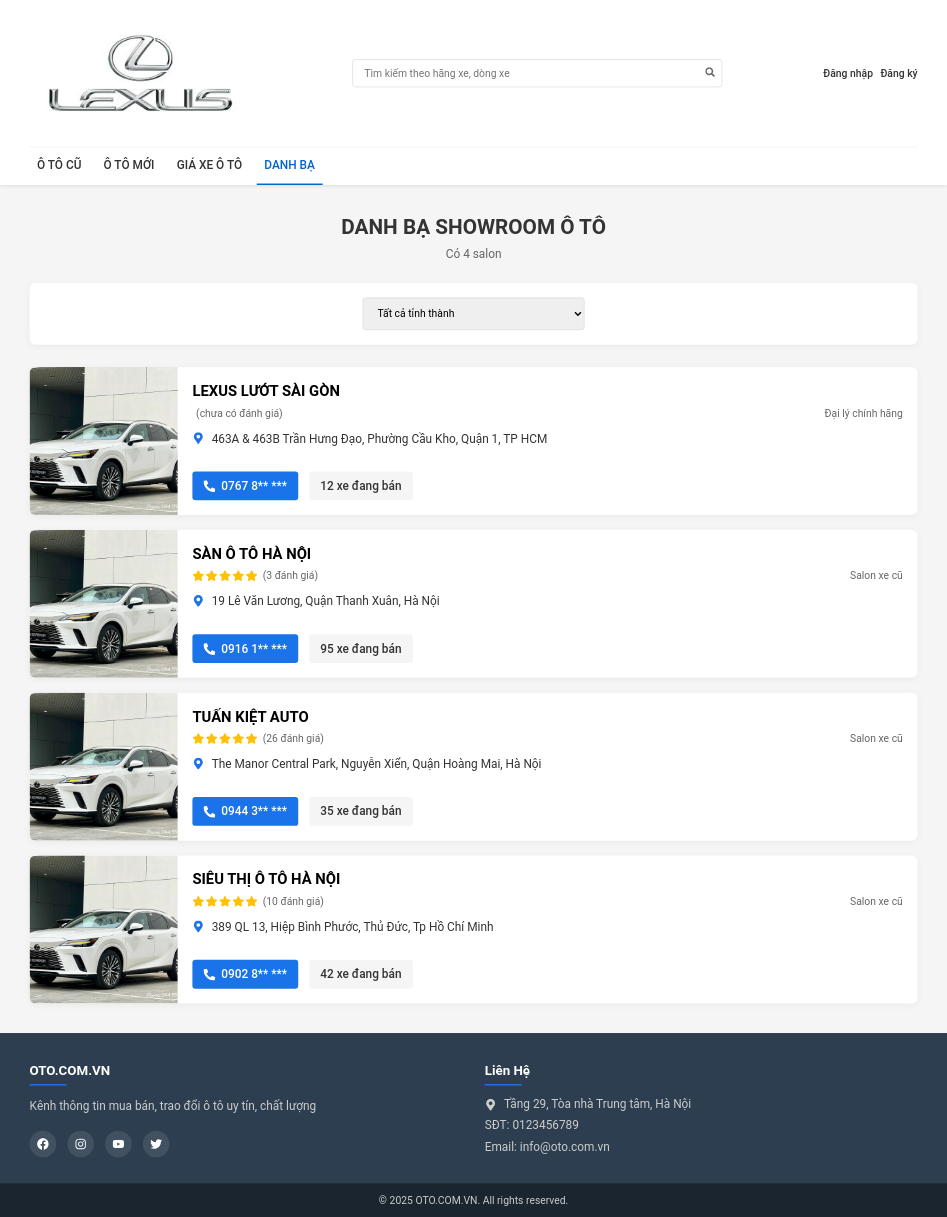
Repository: congglc/web_ban_oto
Page: /dealerships (app in web_cua_dat/)
An editor plug-in stored every save of this project. The page is shown before and after the next save, followed by the edit.
The browser window is 1280 px wide. The pictures show the whole page, at 74% of full size.
The project was rebuilt for these pictures with package versions that can differ from the ones it lists, and the page was loaded fresh each time. Also part of the build but not shown: web_cua_dat/src/pages/user/homepages/style.scss, web_cua_dat/src/pages/user/homepages/index.js, web_cua_dat/src/pages/user/cars/style.scss, web_cua_dat/src/pages/user/cars/index.js, web_cua_dat/src/pages/user/car-detail/style.scss, web_cua_dat/src/pages/user/car-detail/index.js, web_cua_dat/src/pages/user/price-list/style.scss, web_cua_dat/src/pages/user/price-list/index.js and 16 more.

Above is the page before, as saved 2025-04-24 00:57:54.

### web_cua_dat/public/index.html
<!DOCTYPE html>
<html lang="en">
  <head>
    <meta charset="utf-8" />
    <link rel="icon" href="%PUBLIC_URL%/favicon.ico" />
    <meta name="viewport" content="width=device-width, initial-scale=1" />
    <meta name="theme-color" content="#000000" />
    <meta
      name="description"
      content="Web site created using create-react-app"
    />
    <link rel="apple-touch-icon" href="%PUBLIC_URL%/logo192.png" />
    <!--
      manifest.json provides metadata used when your web app is installed on a
      user's mobile device or desktop. See https://developers.google.com/web/fundamentals/web-app-manifest/
    -->
    <link rel="manifest" href="%PUBLIC_URL%/manifest.json" />
    <!--
      Notice the use of %PUBLIC_URL% in the tags above.
      It will be replaced with the URL of the `public` folder during the build.
      Only files inside the `public` folder can be referenced from the HTML.

      Unlike "/favicon.ico" or "favicon.ico", "%PUBLIC_URL%/favicon.ico" will
      work correctly both with client-side routing and a non-root public URL.
      Learn how to configure a non-root public URL by running `npm run build`.
    -->
    <title>Sân bóng LC</title>
  </head>
  <body>
    <noscript>You need to enable JavaScript to run this app.</noscript>
    <div id="root"></div>
    <!--
      This HTML file is a template.
      If you open it directly in the browser, you will see an empty page.

      You can add webfonts, meta tags, or analytics to this file.
      The build step will place the bundled scripts into the <body> tag.

      To begin the development, run `npm start` or `yarn start`.
      To create a production bundle, use `npm run build` or `yarn build`.
    -->
  </body>
</html>

### web_cua_dat/src/index.js
import ReactDOM from "react-dom/client"
import { BrowserRouter } from "react-router-dom"
import RouterCustom from "./router"
import "./style/style.scss"

const root = ReactDOM.createRoot(document.getElementById("root"))
root.render(
  <BrowserRouter>
    <RouterCustom />
  </BrowserRouter>,
)

### web_cua_dat/src/style/style.scss
@import "./pages/all";
@import "./pages/responsive";

### web_cua_dat/src/utils/router.js
export const ADMIN_PATH = "/admin"

export const ROUTERS = {
  USER: {
    HOME: "/",
    CARS: "/cars",
    CAR_DETAIL: "/car",
    PRICE_LIST: "/price-list",
    DEALERSHIPS: "/dealerships",
    SIGNIN: "/signin",
    SIGNUP: "/signup",
    PROFILE: "/profile",
    MY_CARS: "/my-cars",
    SELL_CAR: "/sell-car",
    FAVORITES: "/favorites",
  },
  ADMIN: {
    LOGIN: `${ADMIN_PATH}/login`,
    DASHBOARD: `${ADMIN_PATH}/dashboard`,
    CARS: `${ADMIN_PATH}/cars`,
    USERS: `${ADMIN_PATH}/users`,
    DEALERSHIPS: `${ADMIN_PATH}/dealerships`,
  },
}

### web_cua_dat/src/style/pages/_all.scss
@use "sass:map";
@import "./theme";
@import "./responsive";


html,
body {
    margin: 0;
}

*{
    font-family: Roboto;
    padding: 0;
    margin: 0;
    box-sizing: bor;
}

.container {
    max-width: 100%;
    width: 100%;
    padding-left: 15px;
    padding-right: 15px;
}

.row {
    display: flex;
    flex-wrap: wrap;
    align-items: center;
}

.col-6 {
    flex: 0 0 50%;
    max-width: 50%;
}

.col-lg-6 {
    flex: 0 0 50%;
    max-width: 50%;
}

### web_cua_dat/src/style/pages/_theme.scss
//comon theme style
$theme-colors : (
    "main": #FFFFFF,
    "bold-text": #252525,
    "text-hold": red,
    "$secondary-color" : #3498db
);

### web_cua_dat/src/style/pages/_responsive.scss
$DESKTOP: "DESKTOP";
$MEDIUM_DEVICE: "MEDIUM_DEVICE";
$TABLET_DEVICE: "TABLET_DEVICE";
$WIDE_MOBILE: "WIDE_MOBILE";
$SMALL_DEVICE: "SMALL_DEVICE";

@mixin Responsive($canva) {
    @if $canva == $DESKTOP {
        @media only screen and (min-width:1200px) {
            @content;
        }
    } @else if $canva == $MEDIUM_DEVICE {
        @media only screen and (min-width:992px) and (max-width:1199px) {
            @content;
        }
    } @else if $canva == $WIDE_MOBILE {
        @media only screen and  (max-width:767px) {
            @content;
        }
    } @else if $canva == $TABLET_DEVICE {
        @media only screen and (max-width:575px) {
            @content;
        }
    }
}

### web_cua_dat/src/pages/user/theme/masterLayout/index.js
import { memo } from "react"
import Header from "../header"
import Footer from "../footer"

const MasterLayout = ({ children }) => {
  return (
    <>
      <Header />
      <main>{children}</main>
      <Footer />
    </>
  )
}

export default memo(MasterLayout)

### web_cua_dat/src/pages/user/dealerships/style.scss
.dealerships-page {
  padding: 40px 0;
  background-color: #f5f5f5;

  .container {
    max-width: 1200px;
    margin: 0 auto;
    padding: 0 15px;
  }

  .page-header {
    margin-bottom: 30px;
    text-align: center;

    h1 {
      font-size: 28px;
      margin-bottom: 10px;
      color: #333;
    }

    p {
      color: #666;
    }
  }

  .search-section {
    background-color: white;
    border-radius: 8px;
    padding: 20px;
    box-shadow: 0 2px 10px rgba(0, 0, 0, 0.05);
    margin-bottom: 30px;

    .filter-selects {
      display: flex;
      justify-content: center;

      .filter-select {
        width: 300px;
        padding: 12px 15px;
        border: 1px solid #ddd;
        border-radius: 4px;
        font-size: 14px;

        &:focus {
          outline: none;
          border-color: #1a73e8;
        }
      }
    }
  }

  .loading-container {
    display: flex;
    flex-direction: column;
    align-items: center;
    justify-content: center;
    padding: 50px 0;
    background-color: white;
    border-radius: 8px;
    box-shadow: 0 2px 10px rgba(0, 0, 0, 0.05);

    .loading-spinner {
      width: 40px;
      height: 40px;
      border: 4px solid #f3f3f3;
      border-top: 4px solid #1a73e8;
      border-radius: 50%;
      animation: spin 1s linear infinite;
      margin-bottom: 15px;
    }

    @keyframes spin {
      0% { transform: rotate(0deg); }
      100% { transform: rotate(360deg); }
    }

    p {
      color: #666;
    }
  }

  .no-results {
    text-align: center;
    padding: 50px 0;
    background-color: white;
    border-radius: 8px;
    box-shadow: 0 2px 10px rgba(0, 0, 0, 0.05);

    p {
      color: #666;
    }
  }

  .dealerships-grid {
    display: flex;
    flex-direction: column;
    gap: 20px;

    .dealership-card {
      display: flex;
      background-color: white;
      border-radius: 8px;
      overflow: hidden;
      box-shadow: 0 2px 10px rgba(0, 0, 0, 0.05);

      .dealership-image {
        width: 200px;
        height: 200px;
        flex-shrink: 0;

        img {
          width: 100%;
          height: 100%;
          object-fit: cover;
        }
      }

      .dealership-info {
        flex: 1;
        padding: 20px;
        display: flex;
        flex-direction: column;

        .dealership-name {
          font-size: 20px;
          margin: 0 0 10px 0;
        }

        .dealership-rating {
          display: flex;
          justify-content: space-between;
          margin-bottom: 15px;

          .rating-stars {
            display: flex;
            align-items: center;

            .star {
              color: #ddd;
              margin-right: 2px;

              &.filled {
                color: #ffc107;
              }

              &.half-filled {
                color: #ffc107;
              }

              &.empty {
                color: #ddd;
              }
            }

            .reviews-count, .no-reviews {
              margin-left: 5px;
              font-size: 14px;
              color: #666;
            }
          }

          .dealership-type {
            font-size: 14px;
            color: #666;
          }
        }

        .dealership-address {
          display: flex;
          margin-bottom: 20px;

          .address-icon {
            color: #1a73e8;
            margin-right: 10px;
            margin-top: 3px;
            flex-shrink: 0;
          }

          p {
            margin: 0;
            color: #333;
            line-height: 1.5;
          }
        }

        .dealership-actions {
          display: flex;
          gap: 15px;
          margin-top: auto;

          .phone-button, .cars-button {
            display: flex;
            align-items: center;
            justify-content: center;
            padding: 10px 15px;
            border-radius: 4px;
            font-weight: 500;
            text-decoration: none;
            transition: all 0.3s;
          }

          .phone-button {
            background-color: #1a73e8;
            color: white;

            .phone-icon {
              margin-right: 8px;
            }

            &:hover {
              background-color: #0d62d1;
            }
          }

          .cars-button {
            background-color: #f5f5f5;
            color: #333;

            &:hover {
              background-color: #e0e0e0;
            }
          }
        }
      }
    }
  }

  @media (max-width: 768px) {
    .dealership-card {
      flex-direction: column !important;

      .dealership-image {
        width: 100% !important;
        height: 200px !important;
      }

      .dealership-actions {
        flex-direction: column;
      }
    }
  }
}

### web_cua_dat/src/pages/user/theme/header/index.js
"use client"

import { memo, useEffect, useRef, useState } from "react"
import { FaSearch, FaUser } from "react-icons/fa"
import { Link, useLocation, useNavigate } from "react-router-dom"
import { ROUTERS } from "utils/router"
import lg from "..//..//..//../assets/user/img/lg.jpg"
import "./style.scss"
const Header = () => {
  const location = useLocation()
  const navigate = useNavigate()
  const [menu] = useState([
    { name: "Ô TÔ CŨ", path: `${ROUTERS.USER.CARS}?type=used` },
    { name: "Ô TÔ MỚI", path: `${ROUTERS.USER.CARS}?type=new` },
    { name: "GIÁ XE Ô TÔ", path: ROUTERS.USER.PRICE_LIST },
    { name: "DANH BẠ", path: ROUTERS.USER.DEALERSHIPS },
  ])
  const [isOpen, setIsOpen] = useState(false)
  const [userInfo, setUserInfo] = useState(null)
  const [showDropdown, setShowDropdown] = useState(false)
  const [searchTerm, setSearchTerm] = useState("")
  const headerRef = useRef(null)
  const dropdownRef = useRef(null)

  // Kiểm tra trạng thái đăng nhập khi component được mount
  useEffect(() => {
    const storedUserInfo = localStorage.getItem("userInfo")
    if (storedUserInfo) {
      setUserInfo(JSON.parse(storedUserInfo))
    }
  }, [])

  const toggleMenu = () => {
    setIsOpen(!isOpen)
  }

  const toggleDropdown = () => {
    setShowDropdown(!showDropdown)
  }

  const handleLogout = () => {
    // Xóa thông tin người dùng khỏi localStorage
    localStorage.removeItem("userInfo")
    setUserInfo(null)
    setShowDropdown(false)

    // Chuyển hướng về trang chủ
    navigate(ROUTERS.USER.HOME)
  }

  const handleSearch = (e) => {
    e.preventDefault()
    if (searchTerm.trim()) {
      navigate(`${ROUTERS.USER.CARS}?search=${encodeURIComponent(searchTerm)}`)
      setSearchTerm("")
    }
  }

  // Xử lý click bên ngoài để đóng dropdown
  useEffect(() => {
    const handleClickOutside = (event) => {
      if (headerRef.current && !headerRef.current.contains(event.target) && isOpen) {
        setIsOpen(false)
      }

      if (dropdownRef.current && !dropdownRef.current.contains(event.target) && showDropdown) {
        setShowDropdown(false)
      }
    }

    document.addEventListener("mousedown", handleClickOutside)
    return () => {
      document.removeEventListener("mousedown", handleClickOutside)
    }
  }, [isOpen, showDropdown])

  return (
    <>
      <button className="menu-toggle" onClick={toggleMenu} aria-label="Mở menu">
        ☰
      </button>
      <header className={`header ${isOpen ? "open" : ""}`} ref={headerRef}>
        <div className="container">
          <div className="header-top">
            <img src={lg}/>

            <div className="header-search">
              <form onSubmit={handleSearch}>
                <input
                  type="text"
                  placeholder="Tìm kiếm theo hãng xe, dòng xe"
                  value={searchTerm}
                  onChange={(e) => setSearchTerm(e.target.value)}
                />
                <button type="submit">
                  <FaSearch />
                </button>
              </form>
            </div>

            <div className="header-actions">
              {userInfo ? (
                <div className="user-profile" ref={dropdownRef}>
                  <div className="avatar" onClick={toggleDropdown}>
                    <FaUser className="avatar-icon" />
                  </div>
                  {showDropdown && (
                    <div className="dropdown-menu">
                      <button className="dropdown-item logout-button" onClick={handleLogout}>
                        Đăng xuất
                      </button>
                    </div>
                  )}
                </div>
              ) : (
                <div className="auth-links">
                  <Link to={ROUTERS.USER.SIGNIN} className="signin-link">
                    Đăng nhập
                  </Link>
                  <Link to={ROUTERS.USER.SIGNUP} className="signup-link">
                    Đăng ký
                  </Link>
                </div>
              )}
            </div>
          </div>

          <nav className="header-nav">
            <ul>
              {menu?.map((menuItem, menuKey) => {
                return (
                  <li key={menuKey} className={location.pathname === menuItem.path ? "active" : ""}>
                    <Link to={menuItem?.path}>{menuItem?.name}</Link>
                  </li>
                )
              })}
            </ul>
          </nav>
        </div>
      </header>
    </>
  )
}
export default memo(Header)

### web_cua_dat/src/pages/user/theme/footer/index.js
import { memo } from "react"
import "./style.scss"
import { FaFacebook, FaInstagram, FaYoutube, FaTwitter, FaMapMarkerAlt } from "react-icons/fa"

const Footer = () => {
  return (
    <footer className="footer">
      <div className="container">
        <div className="footer-content">
          <div className="footer-column">
            <h3 className="footer-title">OTO.COM.VN</h3>
            <p className="footer-description">Kênh thông tin mua bán, trao đổi ô tô uy tín, chất lượng</p>
            <div className="footer-social">
              <a href="#" aria-label="Facebook">
                <FaFacebook />
              </a>
              <a href="#" aria-label="Instagram">
                <FaInstagram />
              </a>
              <a href="#" aria-label="YouTube">
                <FaYoutube />
              </a>
              <a href="#" aria-label="Twitter">
                <FaTwitter />
              </a>
            </div>
          </div>

          <div className="footer-column">
            <h3 className="footer-title">Liên Hệ</h3>
            <ul className="footer-info">
              <li>
                <FaMapMarkerAlt className="icon" />
                <span>Tầng 29, Tòa nhà Trung tâm, Hà Nội</span>
              </li>
              <li>SĐT: 0123456789</li>
              <li>Email: info@oto.com.vn</li>
            </ul>
          </div>
        </div>
      </div>
      <div className="footer-bottom">
        <div className="container">
          <p>© {new Date().getFullYear()} OTO.COM.VN. All rights reserved.</p>
        </div>
      </div>
    </footer>
  )
}

export default memo(Footer)

### web_cua_dat/src/pages/user/theme/header/style.scss
.header {
  background-color: #fff;
  box-shadow: 0 2px 5px rgba(0, 0, 0, 0.1);
  position: sticky;
  top: 0;
  z-index: 1000;
  width: 100%;

  .container {
    max-width: 1200px;
    margin: 0 auto;
    padding: 0 15px;
  }

  .header-top {
    display: flex;
    align-items: center;
    justify-content: space-between;
    padding: 15px 0;
    flex-wrap: wrap;

    @media (max-width: 768px) {
      flex-direction: column;
      align-items: flex-start;
    }
  }

  .header-logo {
    font-size: 24px;
    font-weight: bold;
    color: #0066cc;
    text-decoration: none;
    margin-right: 20px;
    background-image: url('https://encrypted-tbn0.gstatic.com/images?q=tbn:ANd9GcTWWuje1CgrxR5z3ti1Ms0sqUyN_91AppS97w&s');
  }

  .header-search {
    flex: 1;
    max-width: 500px;
    margin: 0 20px;

    @media (max-width: 768px) {
      width: 100%;
      margin: 15px 0;
      max-width: 100%;
    }

    form {
      display: flex;
      position: relative;
    }

    input {
      width: 100%;
      padding: 10px 15px;
      border: 1px solid #ddd;
      border-radius: 4px;
      font-size: 14px;
      outline: none;

      &:focus {
        border-color: #0066cc;
      }
    }

    button {
      position: absolute;
      right: 10px;
      top: 50%;
      transform: translateY(-50%);
      background: none;
      border: none;
      color: #666;
      cursor: pointer;

      &:hover {
        color: #0066cc;
      }
    }
  }

  .header-actions {
    display: flex;
    align-items: center;
    gap: 15px;

    @media (max-width: 768px) {
      width: 100%;
      justify-content: space-between;
    }
  }

  .auth-links {
    display: flex;
    align-items: center;
    gap: 10px;

    .signin-link, .signup-link {
      color: #333;
      text-decoration: none;
      font-size: 14px;
      font-weight: 500;

      &:hover {
        color: #0066cc;
      }
    }
  }

  .post-button {
    display: flex;
    align-items: center;
    background-color: #4caf50;
    color: white;
    padding: 8px 15px;
    border-radius: 4px;
    text-decoration: none;
    font-weight: bold;
    font-size: 14px;
    transition: background-color 0.3s;

    &:hover {
      background-color: #45a049;
    }

    .post-icon {
      margin-right: 5px;
    }
  }

  .user-profile {
    position: relative;

    .avatar {
      width: 35px;
      height: 35px;
      border-radius: 50%;
      background-color: #eee;
      display: flex;
      align-items: center;
      justify-content: center;
      cursor: pointer;

      &:hover {
        background-color: #ddd;
      }

      .avatar-icon {
        color: #666;
      }
    }

    .dropdown-menu {
      position: absolute;
      top: 100%;
      right: 0;
      background-color: white;
      border-radius: 4px;
      box-shadow: 0 2px 10px rgba(0, 0, 0, 0.1);
      min-width: 150px;
      z-index: 1000;
      margin-top: 5px;

      .dropdown-item {
        display: block;
        padding: 10px 15px;
        text-decoration: none;
        color: #333;
        font-size: 14px;
        width: 100%;
        text-align: left;
        background: none;
        border: none;
        cursor: pointer;

        &:hover {
          background-color: #f5f5f5;
        }
      }

      .logout-button {
        color: #e53935;
      }
    }
  }

  .header-nav {
    border-top: 1px solid #eee;

    ul {
      display: flex;
      list-style: none;
      margin: 0;
      padding: 0;
      overflow-x: auto;

      @media (max-width: 768px) {
        flex-wrap: nowrap;
        justify-content: flex-start;
      }

      li {
        margin-right: 10px;

        &:last-child {
          margin-right: 0;
        }

        a {
          display: block;
          padding: 15px 10px;
          color: #333;
          text-decoration: none;
          font-weight: 500;
          white-space: nowrap;

          &:hover {
            color: #0066cc;
          }
        }

        &.active a {
          color: #0066cc;
          border-bottom: 2px solid #0066cc;
        }
      }
    }
  }
}

.menu-toggle {
  display: none;
  background: none;
  border: none;
  font-size: 24px;
  cursor: pointer;
  position: fixed;
  top: 15px;
  right: 15px;
  z-index: 1001;
  color: #333;

  @media (max-width: 768px) {
    display: block;
  }
}

@media (max-width: 768px) {
  .header {
    position: fixed;
    left: -100%;
    top: 0;
    height: 100vh;
    width: 80%;
    max-width: 300px;
    transition: left 0.3s ease;
    overflow-y: auto;

    &.open {
      left: 0;
    }

    .header-top {
      padding: 20px 0;
    }

    .header-nav ul {
      flex-direction: column;

      li {
        margin-right: 0;
        margin-bottom: 5px;

        a {
          padding: 10px 0;
        }

        &.active a {
          border-bottom: none;
          color: #0066cc;
        }
      }
    }
  }
}

### web_cua_dat/src/pages/user/theme/footer/style.scss
.footer {
  background-color: #2c3e50;
  color: white;
  padding: 40px 0 0;

  .container {
    max-width: 1200px;
    margin: 0 auto;
    padding: 0 15px;
  }

  .footer-content {
    display: flex;
    flex-wrap: wrap;
    justify-content: space-between;
    gap: 30px;
    margin-bottom: 30px;
  }

  .footer-column {
    flex: 1;
    min-width: 250px;
  }

  .footer-title {
    font-size: 18px;
    margin-bottom: 15px;
    position: relative;
    padding-bottom: 10px;

    &:after {
      content: '';
      position: absolute;
      bottom: 0;
      left: 0;
      width: 50px;
      height: 2px;
      background-color: #1a73e8;
    }
  }

  .footer-description {
    color: #ccc;
    margin-bottom: 20px;
    line-height: 1.6;
  }

  .footer-social {
    display: flex;
    gap: 15px;

    a {
      display: flex;
      align-items: center;
      justify-content: center;
      width: 36px;
      height: 36px;
      background-color: rgba(255, 255, 255, 0.1);
      border-radius: 50%;
      color: white;
      transition: background-color 0.2s;

      &:hover {
        background-color: #1a73e8;
      }
    }
  }

  .footer-info {
    list-style: none;
    padding: 0;

    li {
      margin-bottom: 10px;
      color: #ccc;
      display: flex;
      align-items: flex-start;

      .icon {
        margin-right: 10px;
        margin-top: 3px;
      }
    }
  }

  .footer-bottom {
    background-color: #1a2530;
    padding: 15px 0;
    text-align: center;

    p {
      margin: 0;
      color: #ccc;
      font-size: 14px;
    }
  }

  @media (max-width: 768px) {
    .footer-content {
      flex-direction: column;
    }
  }
}

Loaded but not shown: web_cua_dat/src/pages/user/dealerships/index.js (196 lines, source omitted); web_cua_dat/src/router.js (99 lines, source omitted)

After the next save:
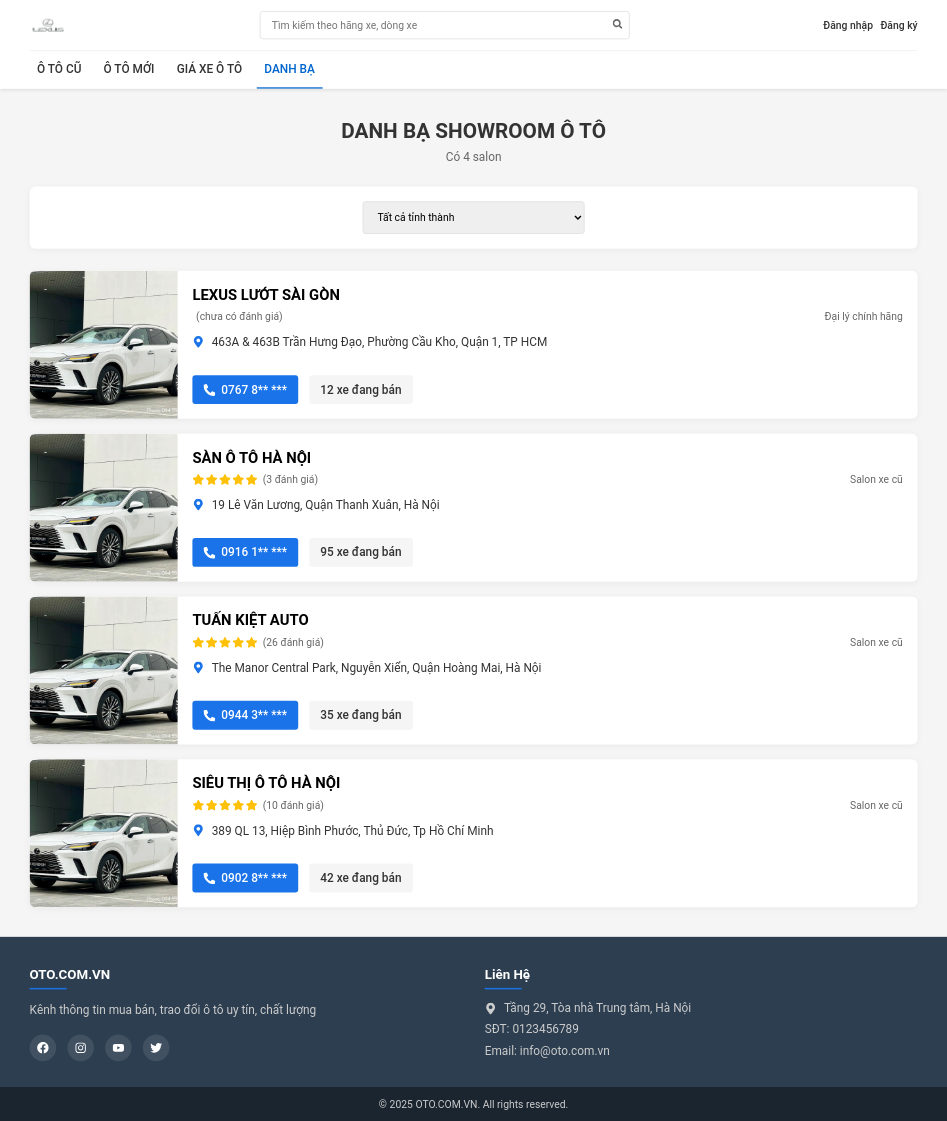
Saved 3 min 47 s later.
--- a/web_cua_dat/src/pages/user/theme/header/index.js
+++ b/web_cua_dat/src/pages/user/theme/header/index.js
@@ -82,7 +82,7 @@
       <header className={`header ${isOpen ? "open" : ""}`} ref={headerRef}>
         <div className="container">
           <div className="header-top">
-            <img src={lg}/>
+            <img src={lg} style={{width:'50px',height:'50%'}}/>
 
             <div className="header-search">
               <form onSubmit={handleSearch}>
